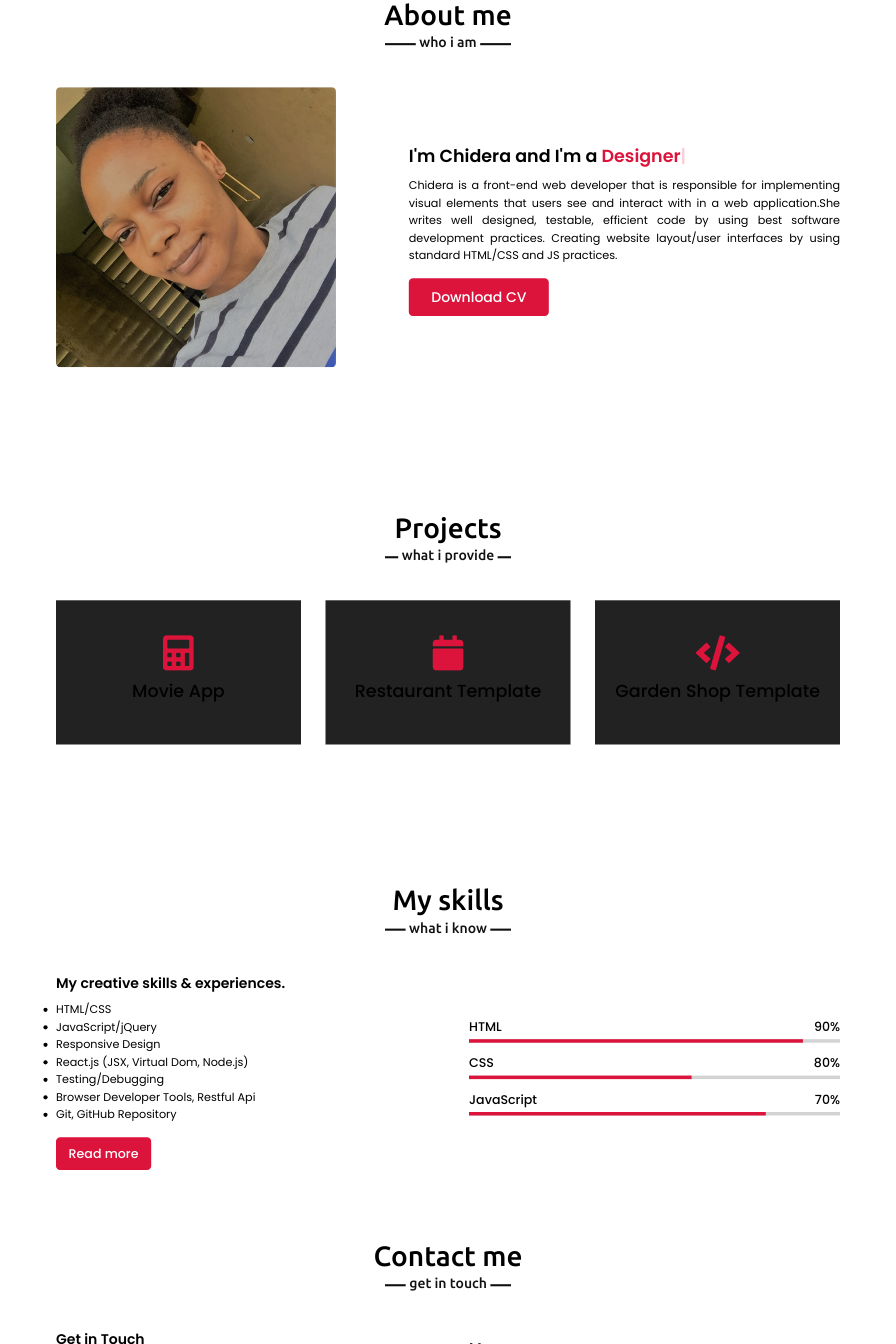
Repository: DeraBola/Portfolio
Page: index.html
The author's editor kept a copy of each file at every save. The page is drawn from the files as they stood at one save, then again after a run of saves.
The browser window is 1280 px wide. The pictures show the part of the page from y = 821 to 2741 px (the page is 3279 px tall), at 70% of full size.
Backgrounds fixed to the window are drawn as part of the page.

Above is the page before, as saved 2023-01-05 14:16:37.
Console error: ReferenceError: $ is not defined

After the next 3 saves:
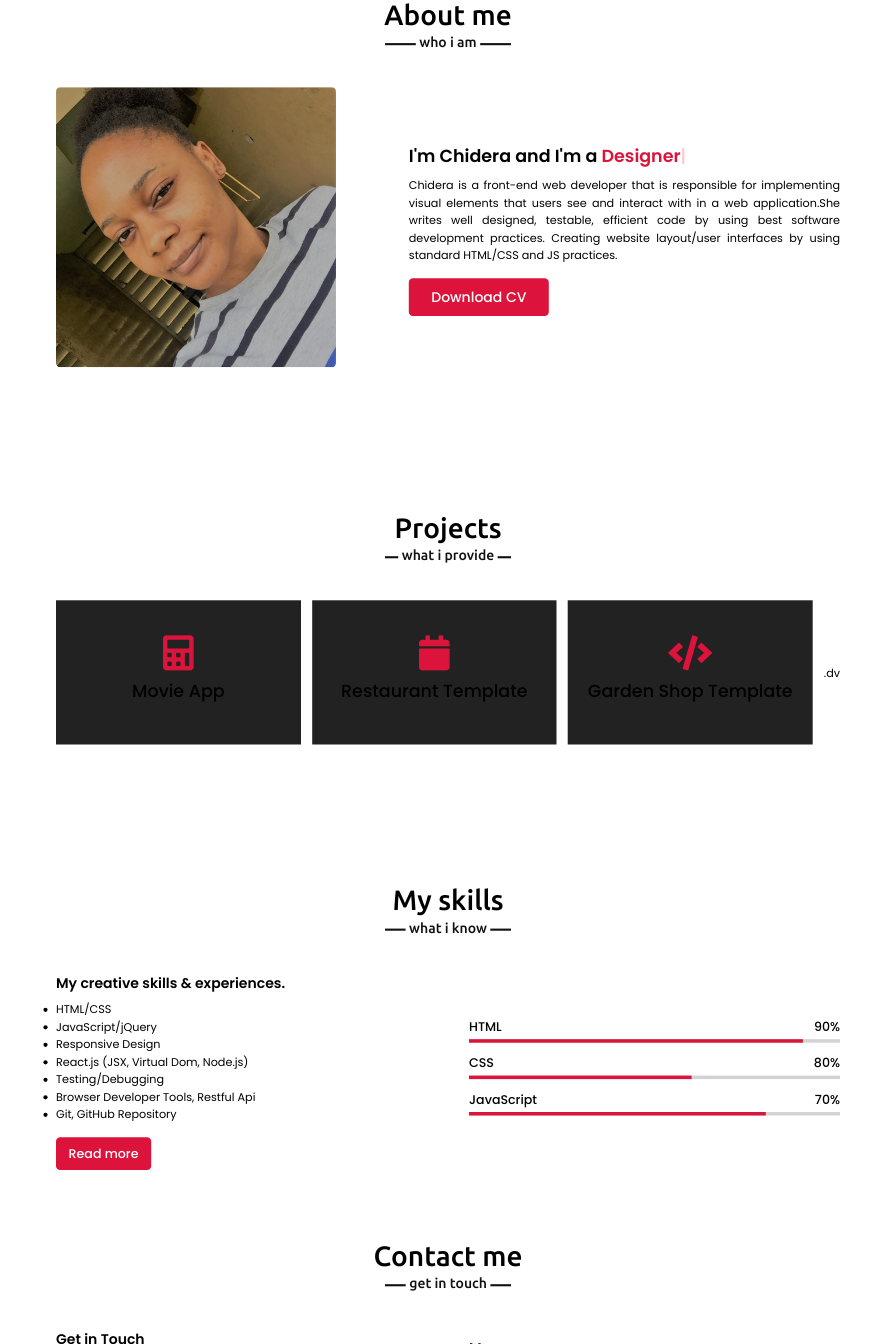
The 3 saves are shown as one change because they came seconds apart.
The last was saved 48 s later.
--- a/index.html
+++ b/index.html
@@ -96,6 +96,7 @@
                     </div>
                 </div>
 
+                .dv
             </div>
         </div>
     </section>
